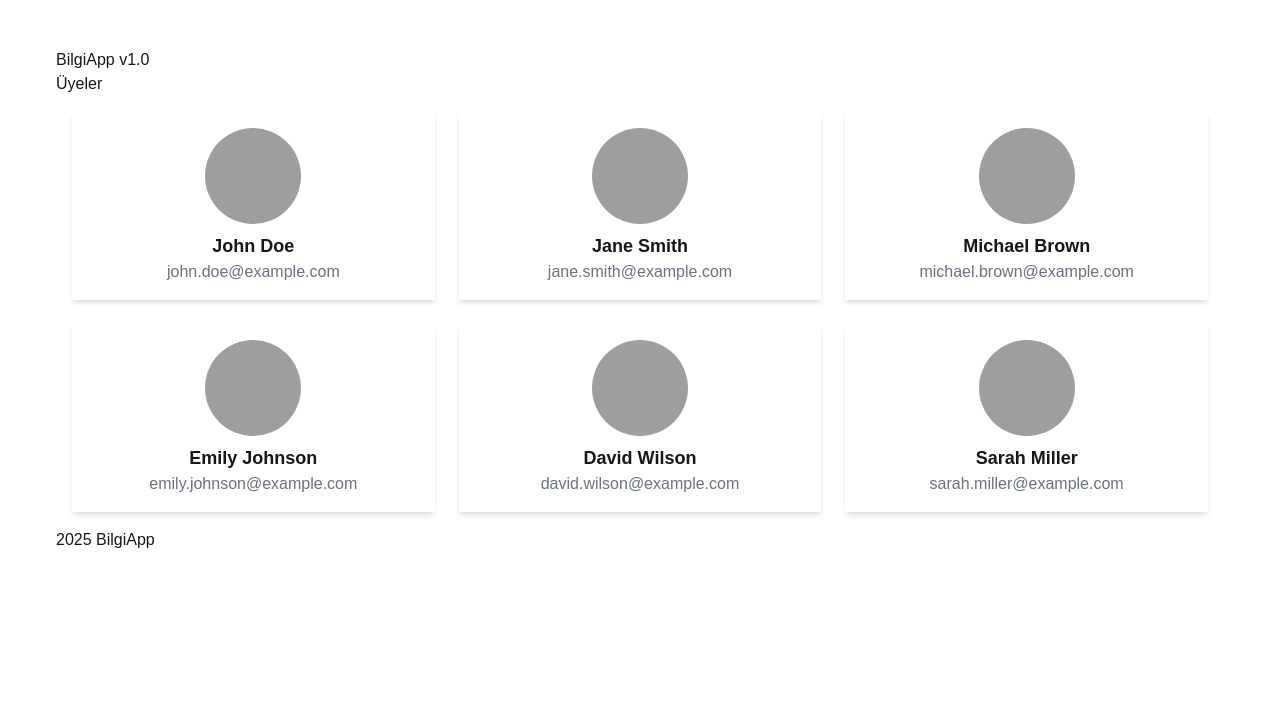
Repository: caglargkc/LessonsCode
Page: / (app in HasanTokatli-React-2024/BilgiYarismasi/bilgi-yarismasi/)
An editor plug-in stored every save of this project. The page is shown before and after the next save, followed by the edit.
The browser window is 1280 px wide. The pictures show the whole page.
Pictures or frames that could not be fetched are drawn as grey boxes. The project was rebuilt for these pictures with package versions that can differ from the ones it lists, and the page was loaded fresh each time. The framework's server and built-in components were replaced by stand-ins that run in the browser. Also part of the build but not shown: HasanTokatli-React-2024/BilgiYarismasi/bilgi-yarismasi/next.config.ts.

Above is the page before, as saved 2025-02-02 17:54:06.

### HasanTokatli-React-2024/BilgiYarismasi/bilgi-yarismasi/app/layout.tsx
import type { Metadata } from "next";
import { Geist, Geist_Mono } from "next/font/google";
import "./globals.css";

const geistSans = Geist({
  variable: "--font-geist-sans",
  subsets: ["latin"],
});

const geistMono = Geist_Mono({
  variable: "--font-geist-mono",
  subsets: ["latin"],
});

export const metadata: Metadata = {
  title: "Create Next App",
  description: "Generated by create next app",
};

export default function RootLayout({
  children,
}: Readonly<{
  children: React.ReactNode;
}>) {
  return (
    <html lang="tr">
      <body
        className={`${geistSans.variable} ${geistMono.variable} antialiased`}
      >
        <div className="max-w-[1200px] mx-auto px-4 mt-[3rem]">
        <header>
          <h1>BilgiApp v1.0</h1>
        </header>
        <main>{children}</main>
         <footer>
          <p>2025 BilgiApp</p>
        </footer>
        </div>

      </body>
    </html>
  );
}

### HasanTokatli-React-2024/BilgiYarismasi/bilgi-yarismasi/app/page.tsx
function Uyeler() {
  return (
    <div>
      <h2>Üyeler</h2>

      <div className="grid grid-cols-1 sm:grid-cols-2 lg:grid-cols-3 gap-6 p-4">
        <div className="flex flex-col items-center bg-white p-4 rounded-lg shadow-md">
          <img
            src="https://i.pravatar.cc/150?img=1"
            alt="John Doe"
            className="w-24 h-24 rounded-full"
          />
          <p className="mt-2 text-lg font-semibold">John Doe</p>
          <p className="text-gray-500">john.doe@example.com</p>
        </div>

        <div className="flex flex-col items-center bg-white p-4 rounded-lg shadow-md">
          <img
            src="https://i.pravatar.cc/150?img=2"
            alt="Jane Smith"
            className="w-24 h-24 rounded-full"
          />
          <p className="mt-2 text-lg font-semibold">Jane Smith</p>
          <p className="text-gray-500">jane.smith@example.com</p>
        </div>

        <div className="flex flex-col items-center bg-white p-4 rounded-lg shadow-md">
          <img
            src="https://i.pravatar.cc/150?img=3"
            alt="Michael Brown"
            className="w-24 h-24 rounded-full"
          />
          <p className="mt-2 text-lg font-semibold">Michael Brown</p>
          <p className="text-gray-500">michael.brown@example.com</p>
        </div>

        <div className="flex flex-col items-center bg-white p-4 rounded-lg shadow-md">
          <img
            src="https://i.pravatar.cc/150?img=4"
            alt="Emily Johnson"
            className="w-24 h-24 rounded-full"
          />
          <p className="mt-2 text-lg font-semibold">Emily Johnson</p>
          <p className="text-gray-500">emily.johnson@example.com</p>
        </div>

        <div className="flex flex-col items-center bg-white p-4 rounded-lg shadow-md">
          <img
            src="https://i.pravatar.cc/150?img=5"
            alt="David Wilson"
            className="w-24 h-24 rounded-full"
          />
          <p className="mt-2 text-lg font-semibold">David Wilson</p>
          <p className="text-gray-500">david.wilson@example.com</p>
        </div>

        <div className="flex flex-col items-center bg-white p-4 rounded-lg shadow-md">
          <img
            src="https://i.pravatar.cc/150?img=6"
            alt="Sarah Miller"
            className="w-24 h-24 rounded-full"
          />
          <p className="mt-2 text-lg font-semibold">Sarah Miller</p>
          <p className="text-gray-500">sarah.miller@example.com</p>
        </div>
      </div>
    </div>
  );
}

export default Uyeler;

Loaded but not shown: HasanTokatli-React-2024/BilgiYarismasi/bilgi-yarismasi/app/globals.css (common file); HasanTokatli-React-2024/BilgiYarismasi/bilgi-yarismasi/tailwind.config.ts (common file)

After the next save:
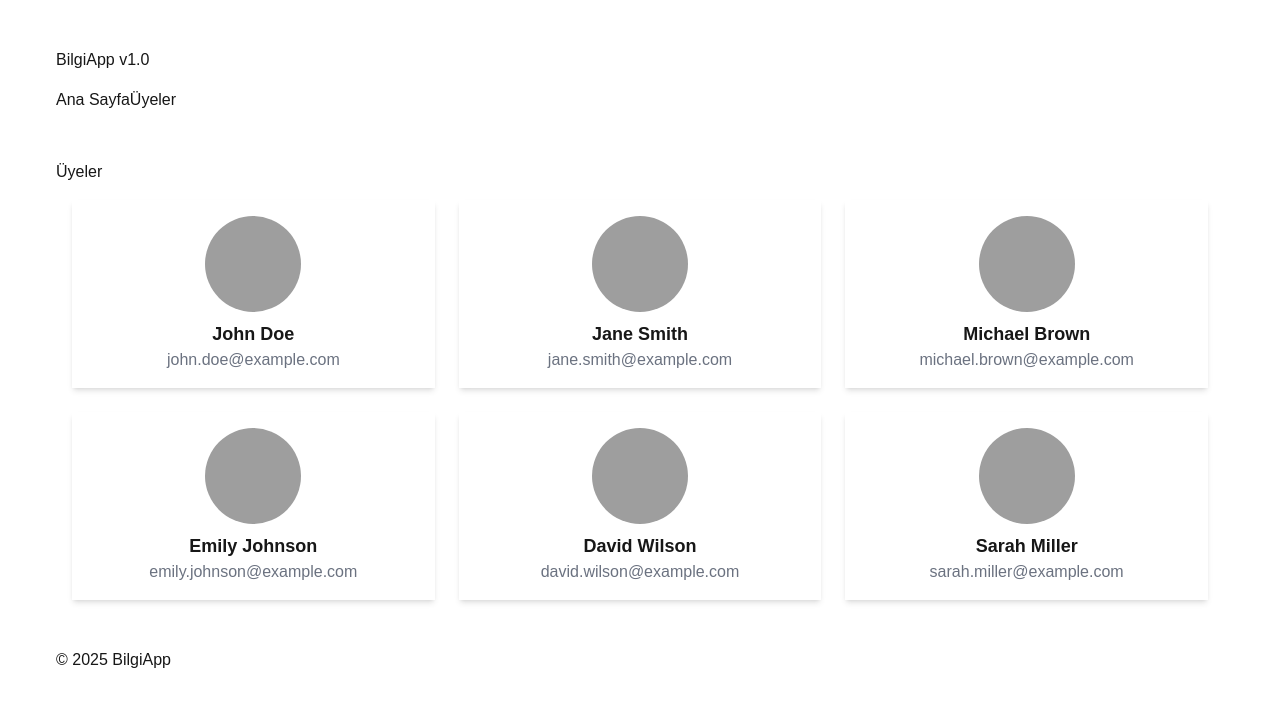
Saved 74 s later.
--- a/HasanTokatli-React-2024/BilgiYarismasi/bilgi-yarismasi/app/layout.tsx
+++ b/HasanTokatli-React-2024/BilgiYarismasi/bilgi-yarismasi/app/layout.tsx
@@ -1,6 +1,8 @@
 import type { Metadata } from "next";
 import { Geist, Geist_Mono } from "next/font/google";
 import "./globals.css";
+import Link from "next/link";
+
 
 const geistSans = Geist({
   variable: "--font-geist-sans",
@@ -28,15 +30,20 @@ export default function RootLayout({
         className={`${geistSans.variable} ${geistMono.variable} antialiased`}
       >
         <div className="max-w-[1200px] mx-auto px-4 mt-[3rem]">
-        <header>
-          <h1>BilgiApp v1.0</h1>
-        </header>
-        <main>{children}</main>
-         <footer>
-          <p>2025 BilgiApp</p>
-        </footer>
+          <header className="mb-[2rem]">
+            <h1>BilgiApp v1.0</h1>
+            <nav className="py-[1rem]">
+              <Link href="/">Ana Sayfa</Link>
+              <Link href="/uyeler">Üyeler</Link>
+            </nav>
+          </header>
+
+          <main className="mb-[2rem]">{children}</main>
+
+          <footer>
+            <p>&copy; 2025 BilgiApp</p>
+          </footer>
         </div>
-
       </body>
     </html>
   );
